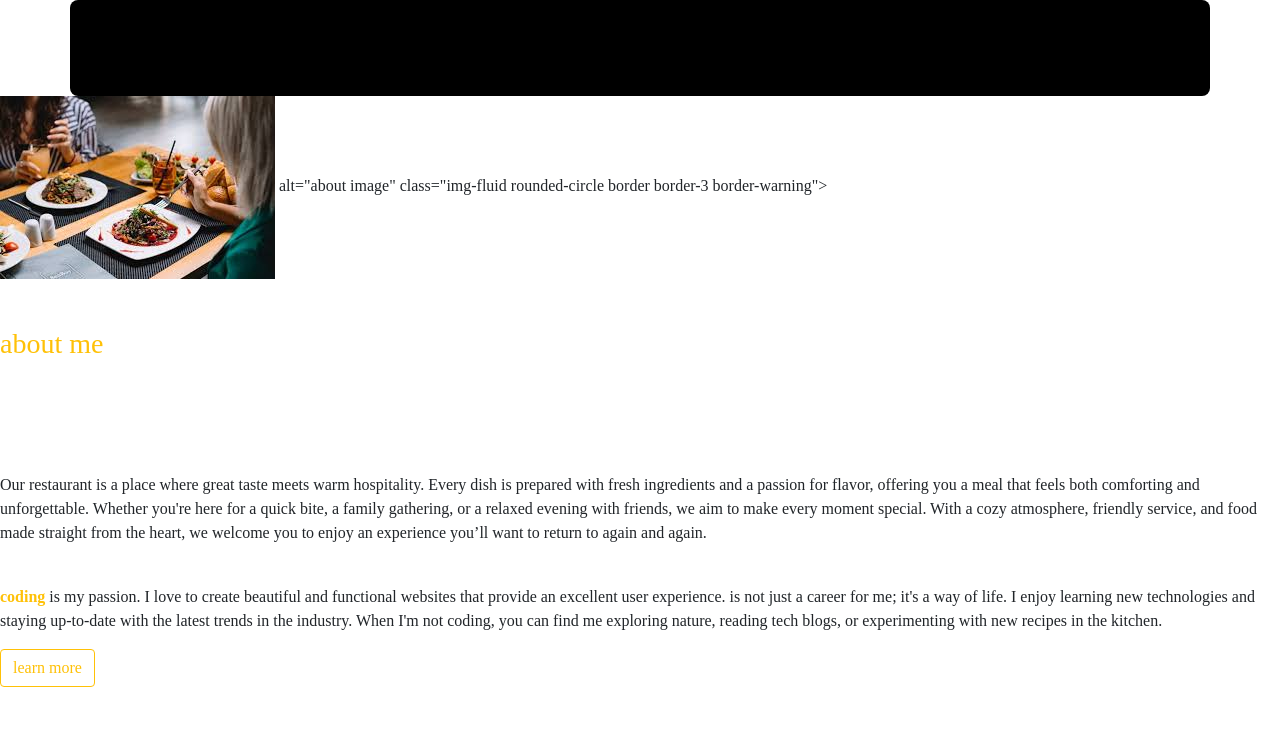
Repository: abeera518/part-2
Page: about.html
These files come from the project's save history. The page is drawn as it stood at one moment and after the next save; the edit follows.
The browser window is 1280 px wide. The pictures show the whole page.

Above is the page before, as saved 2025-11-20 23:24:04.

After the next save:
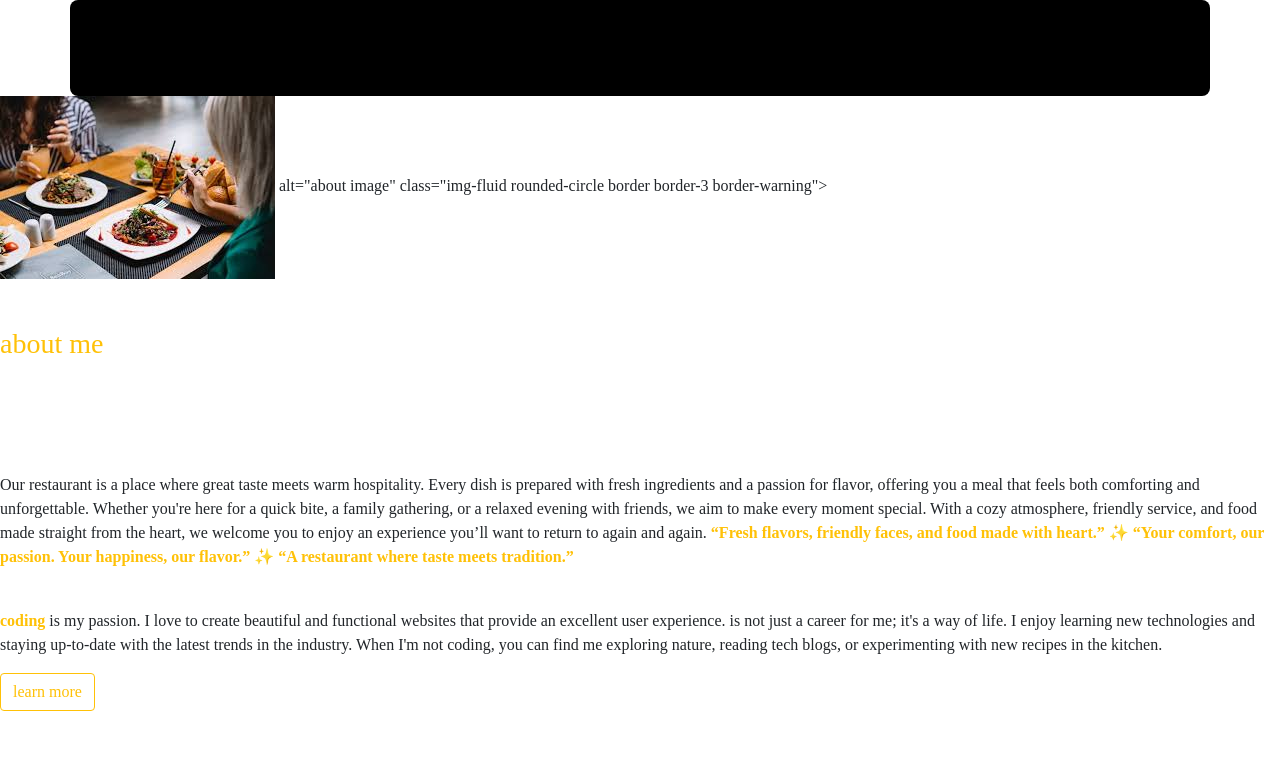
Saved 16 s later.
--- a/about.html
+++ b/about.html
@@ -24,7 +24,11 @@
         bite, a family gathering, or a relaxed evening with friends, we aim to make every moment special. With a cozy
         atmosphere, friendly service, and food made straight from the heart, we welcome you to enjoy an experience you’ll want
         to return to again and again. <b class="text-warning">
+            “Fresh flavors, friendly faces, and food made with heart.”
 
+            ✨ “Your comfort, our passion. Your happiness, our flavor.”
+
+            ✨ “A restaurant where taste meets tradition.”
         </b>
     </p>
     <br />
